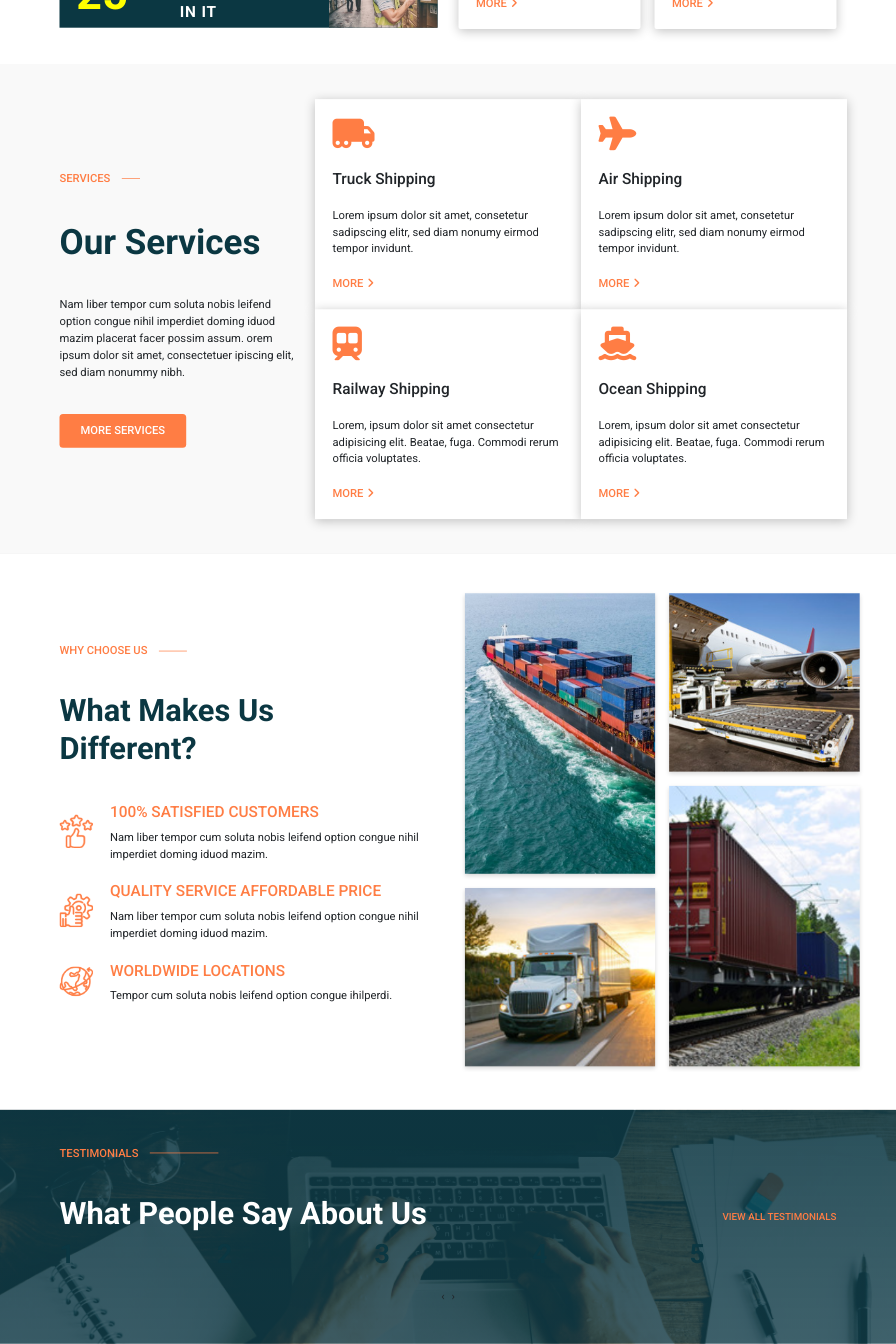
Repository: nazmulalok/shipping-theme
Page: index.html
An editor plug-in stored every save of this project. The page is shown before and after the next save, followed by the edit.
The browser window is 1280 px wide. The pictures show the part of the page from y = 1621 to 3541 px (the page is 3541 px tall), at 70% of full size.
Some web libraries are served in a nearby version.

Above is the page before, as saved 2022-10-09 10:27:14.

After the next save:
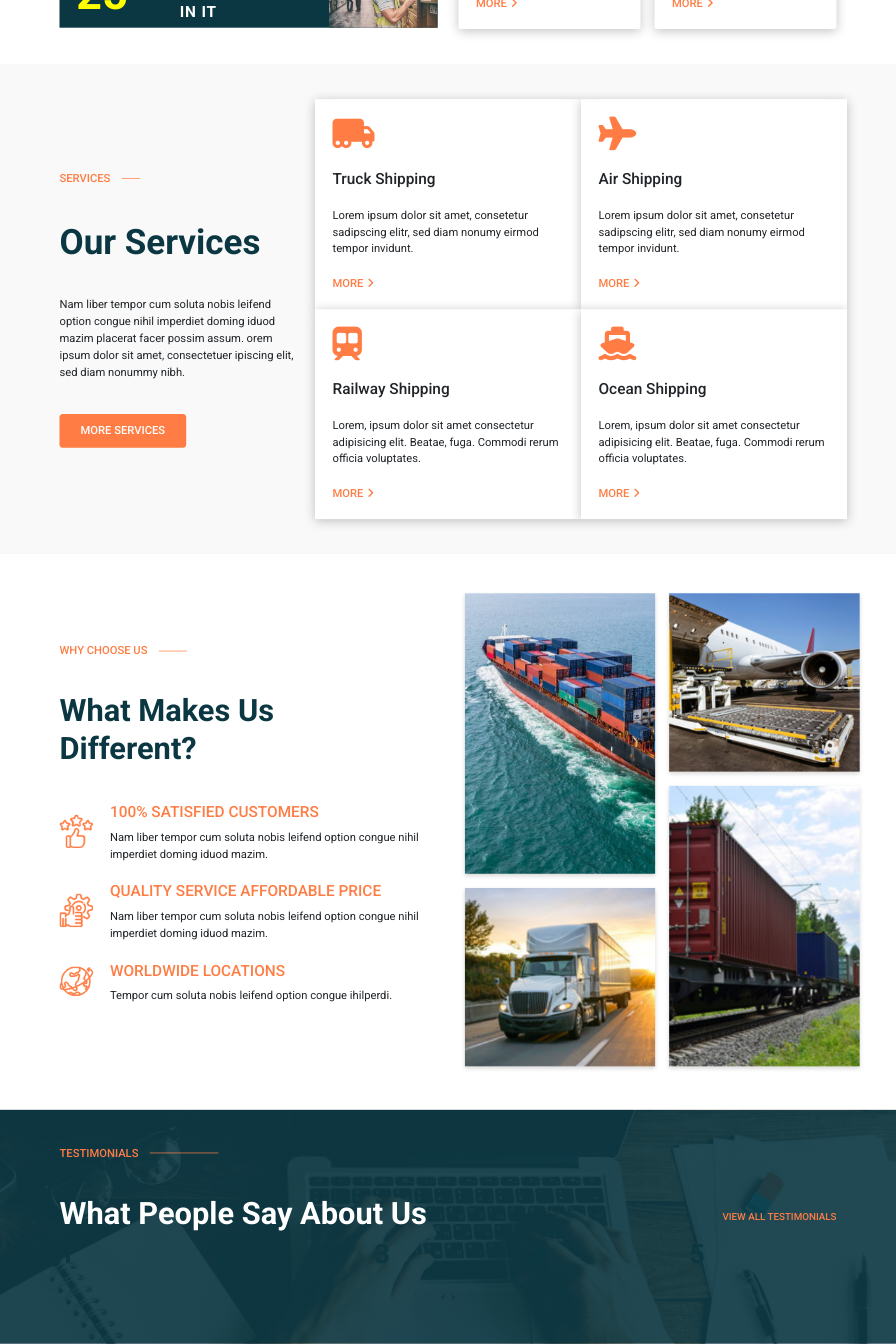
Saved 2 min 45 s later.
--- a/style.css
+++ b/style.css
@@ -479,7 +479,7 @@ a.more-btn:after {
 /* Testimonial Section */
 
 .testimonial-sec {
-    background-image: linear-gradient(#0b3742db, #0b3742c4), url(images/testimonial-bg.png);
+    background-image: linear-gradient(rgb(11 55 66 / 90%), rgb(11 55 66 / 90%)), url(images/testimonial-bg.png);
     background-size: cover;
     background-position: center;
 }
